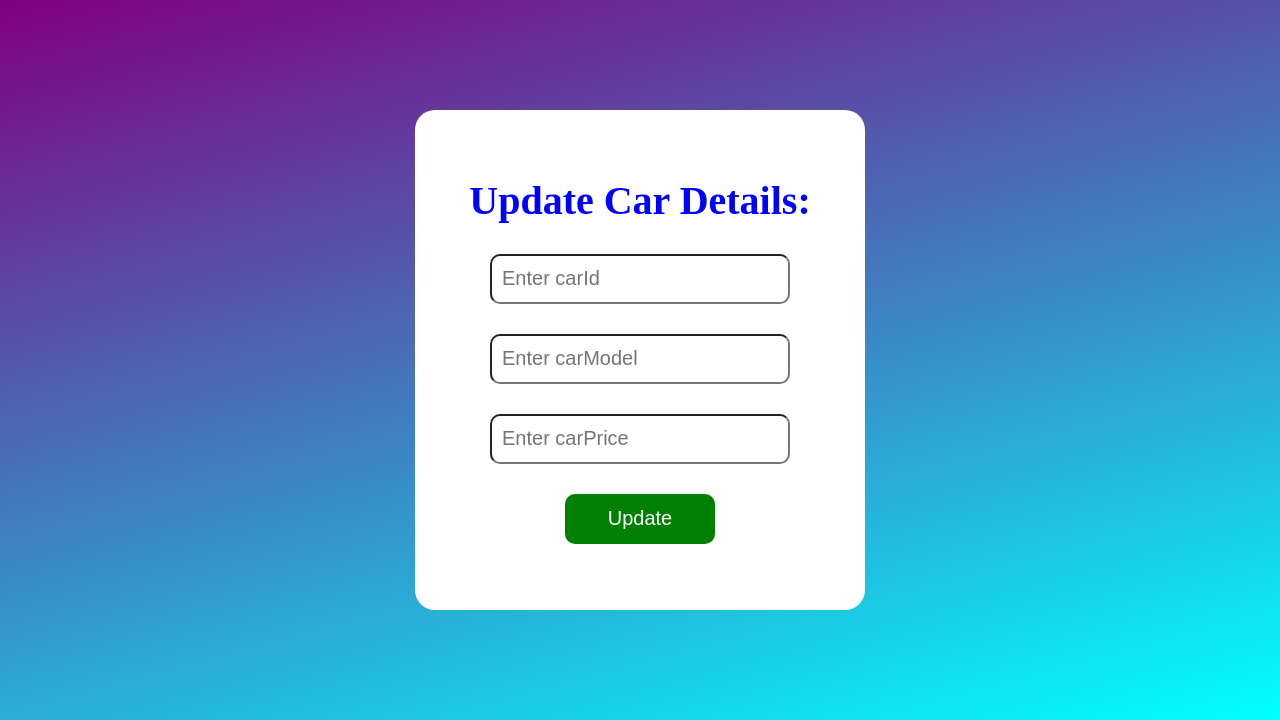
Repository: Dhirajkumar02/Advance-Java--J2EE-
Page: ServletProjecct_CarDB/src/main/webapp/UpdateCar.html
An editor plug-in stored every save of this project. The page is shown before and after the next save, followed by the edit.
The browser window is 1280 px wide. The pictures show the whole page.

Above is the page before, as saved 2024-11-14 19:34:43.

After the next save:
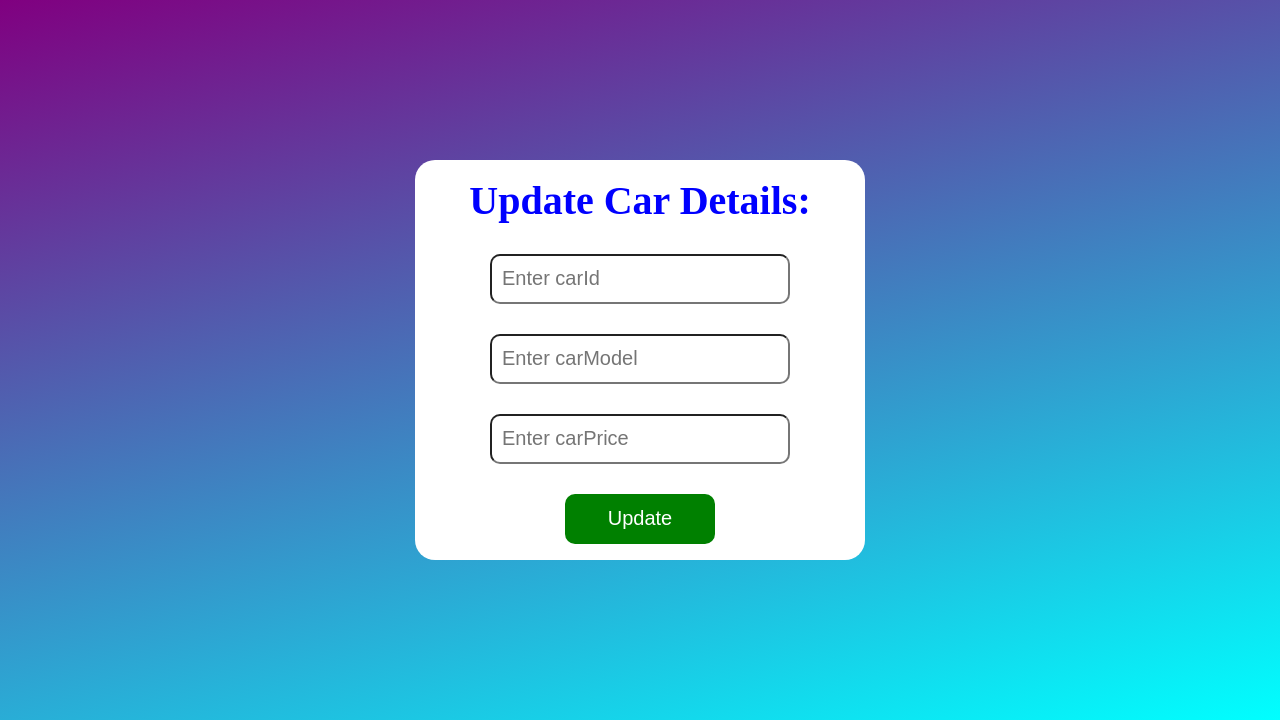
Saved 29 s later.
--- a/ServletProjecct_CarDB/src/main/webapp/UpdateCar.html
+++ b/ServletProjecct_CarDB/src/main/webapp/UpdateCar.html
@@ -20,7 +20,7 @@ background: linear-gradient(165deg, purple, aqua);
 form {
 /*   border: 2px solid black; */
   background: #fff;
-  height: 500px;
+  height: 400px;
   width: 450px;
   display: flex;
   justify-content: center;
